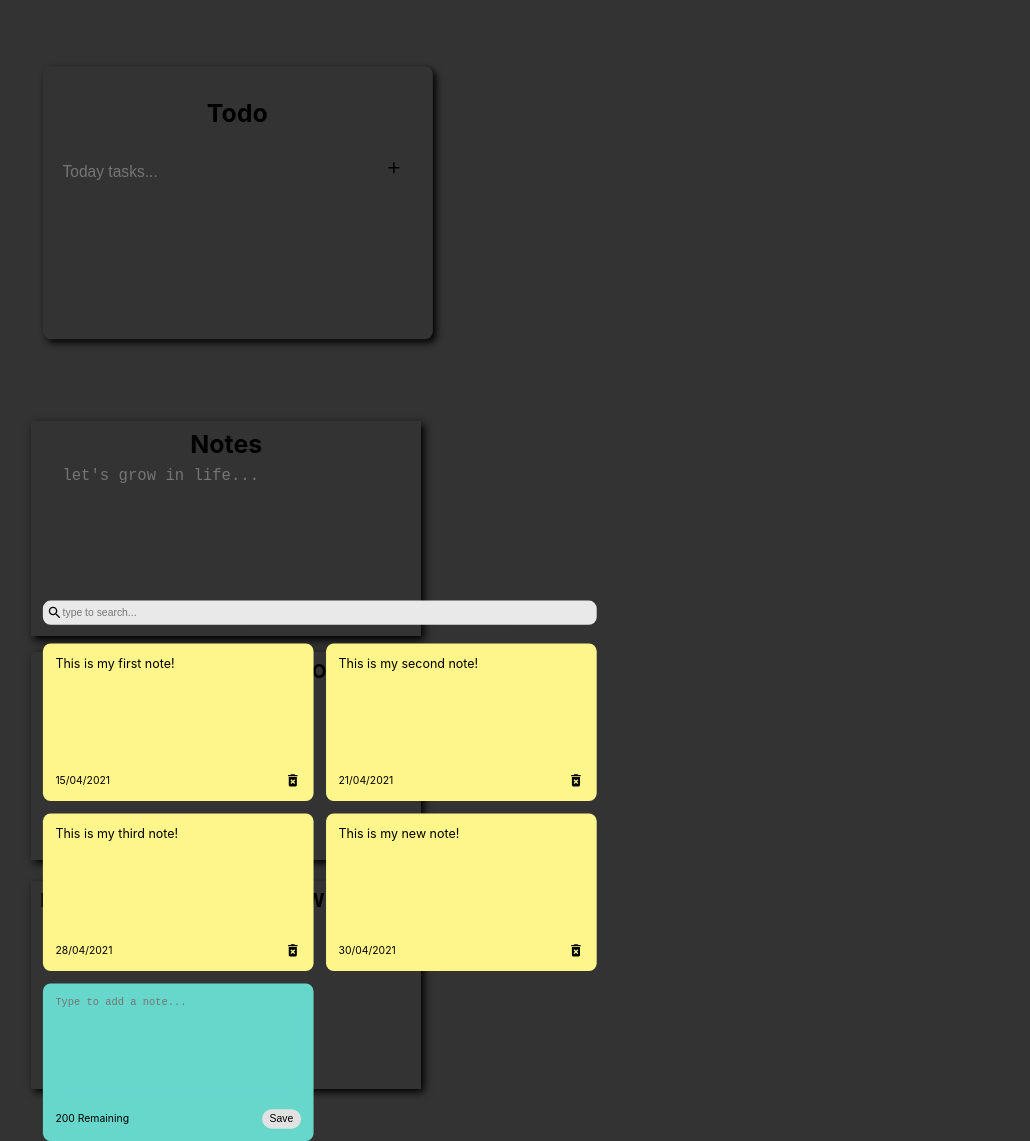
Repository: subhamRsahoo/note
Page: /
The author's editor kept a copy of each file at every save. The page is drawn from the files as they stood at one save, then again after the next save.
The browser window is 1280 px wide. The page is 1320 px wide, then 1310 px, so the pictures cover 1320 px, including what lies to the right of the window. The pictures show the whole page, at 78% of full size.
The project was rebuilt for these pictures with package versions that can differ from the ones it lists, and the page was loaded fresh each time.

Above is the page before, as saved 2021-07-15 17:38:41.

After the next save:
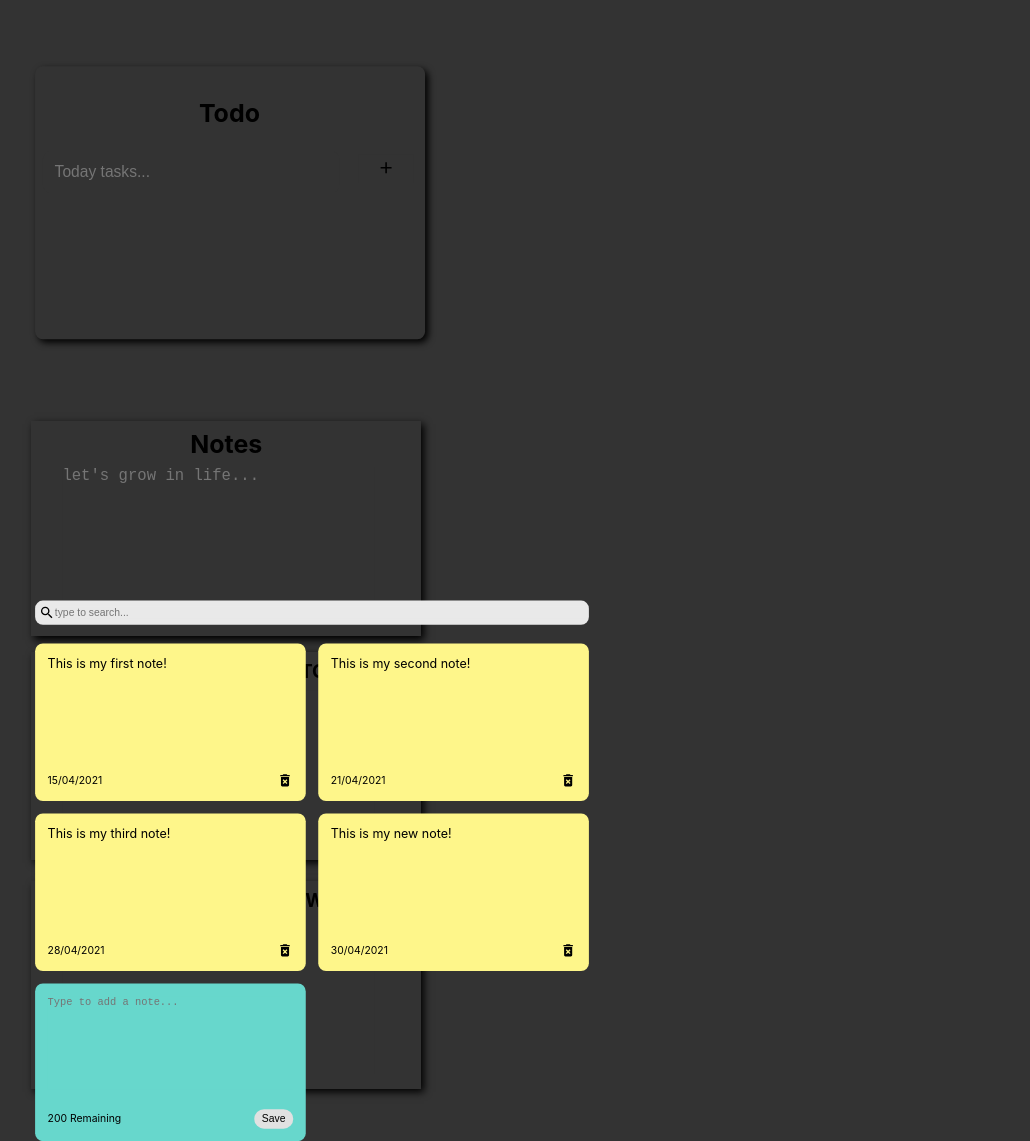
Saved 7 s later.
--- a/src/components/App.css
+++ b/src/components/App.css
@@ -40,7 +40,7 @@ code {
   display: grid;
   justify-content: left;
   /* margin-left: 40px; */
-  right: 560px;
+  right: 570px;
   align-items: center;
   position: relative;
   box-sizing: border-box;
